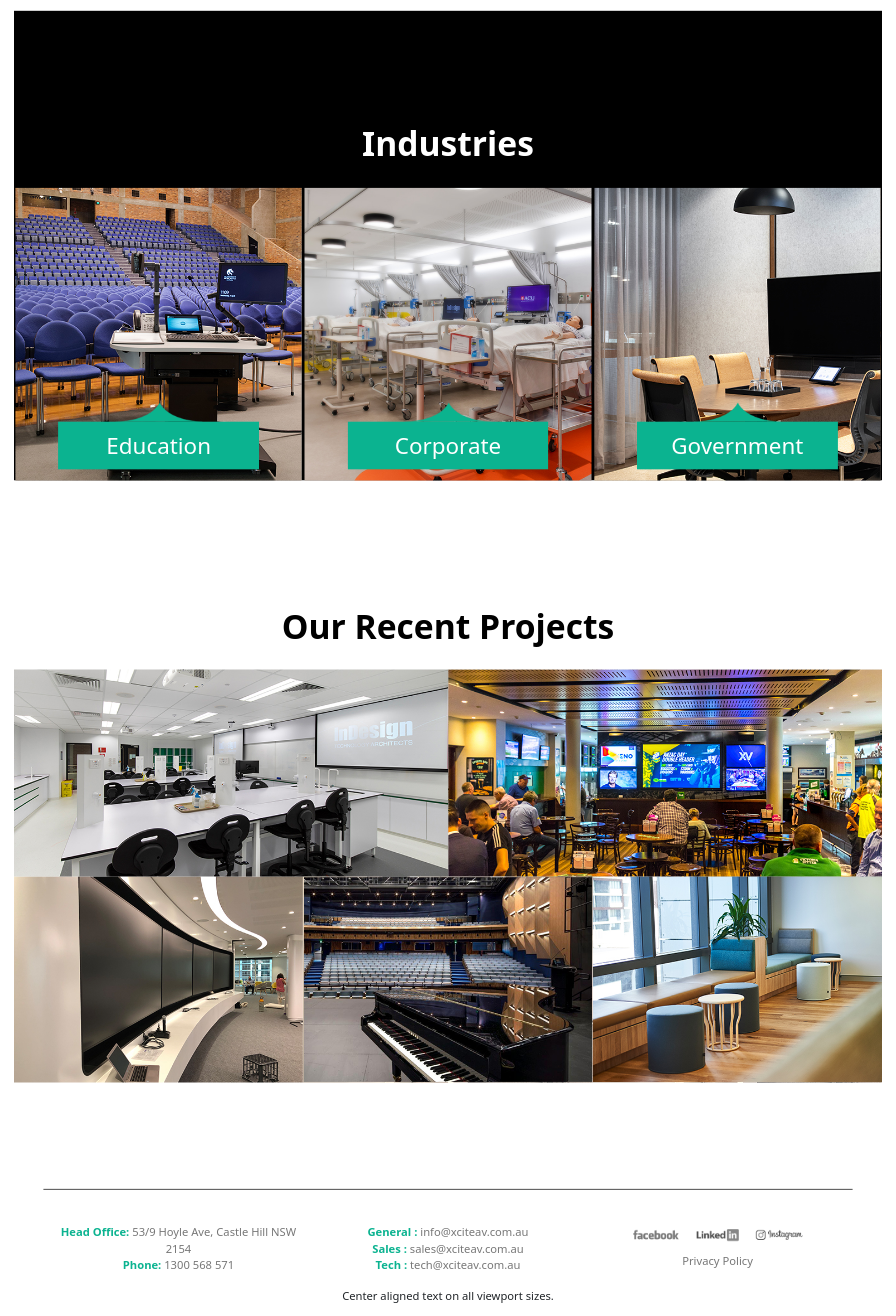
Repository: Imprasna/designplus
Page: index.html
An editor plug-in stored every save of this project. The page is shown before and after the next save, followed by the edit.
The browser window is 1280 px wide. The pictures show the part of the page from y = 1298 to 3218 px (the page is 3178 px tall before and 3218 px after), at 70% of full size.

Above is the page before, as saved 2022-03-16 23:36:42.

### index.html
<!DOCTYPE html>
<html lang="en">

<head>
  <meta charset="UTF-8">
  <meta http-equiv="X-UA-Compatible" content="IE=edge">
  <meta name="viewport" content="width=device-width, initial-scale=1.0">
  <link href="https://cdn.jsdelivr.net/npm/bootstrap@5.1.3/dist/css/bootstrap.min.css" rel="stylesheet"
    crossorigin="anonymous">
  <script src="https://cdn.jsdelivr.net/npm/bootstrap@5.1.3/dist/js/bootstrap.bundle.min.js" crossorigin="anonymous">
  </script>
  <link rel="stylesheet" href="style.css">
  <title>DesignPlus</title>
</head>

<body>

  <header>
    <div class="container-fluid">
      <nav class="navbar navbar-expand-lg navbar-light bg-light">
        <div class="container-fluid">
          <a class="navbar-brand" href="#"><img src="assets/Images/XCITEAV_logo.svg" alt=""></a>
          <button class="navbar-toggler" type="button" data-bs-toggle="collapse"
            data-bs-target="#navbarSupportedContent" aria-controls="navbarSupportedContent" aria-expanded="false"
            aria-label="Toggle navigation">
            <span class="navbar-toggler-icon"></span>
          </button>
          <div class="collapse navbar-collapse" id="navbarSupportedContent">
            <ul class="navbar-nav ms-auto mb-2 mb-lg-0">
              <li class="nav-item">
                <a class="nav-link active" aria-current="page" href="#">About</a>
              </li>
              <li class="nav-item">
                <a class="nav-link" href="#">Industries</a>
              </li>
              <li class="nav-item">
                <a class="nav-link" href="#">Xcite Care</a>
              </li>
              <li class="nav-item">
                <a class="nav-link" href="#">Projects</a>
              </li>
              <li class="nav-item">
                <a class="nav-link" href="#">Clients</a>
              </li>
              <li class="nav-item">
                <a class="nav-link" href="#">Contact Us</a>
              </li>
              <li class="nav-item tel-phone">
                <a href="tel:1300568571" class="nav-link">T: 1300 568 571</a>
              </li>
            </ul>
            <!-- <form class="d-flex">
                      <input class="form-control me-2" type="search" placeholder="Search" aria-label="Search">
                      <button class="btn btn-outline-success" type="submit">Search</button>
                    </form> -->
          </div>
        </div>
      </nav>
    </div>
  </header>

  <main>
    <section>
      <div class="container-fluid hero_sec">
        <img src="assets/Images/hero-banner.jpg" alt="">
        <p class="hero_texts">
          <span>Focused on</span> Providing reliable, robust solutions
        </p>
      </div>
    </section>

    <section>
      <div class="container-fluid second_sec">
        <div class="container-fluid">
          <div class="row second_sec-block">
            <div class="col-sm-5 col-md-6">
              <p>
                <span>Xcite Audio Visual</span> is a technology based company focused on providing reliable, robust
                solutions that enhance the user experience for our client's projects.
              </p>
              <p class="description">
                Since 2009, Xcite Audio Visual has been a leading audio visual integration specialist.
              </p>
              <a href="#">Read More</a>
            </div>
            <div class="col-sm-5 col-md-6 second_sec-img">
              <img src="assets/Images/about-ring.png" alt="">
              <p class="fifty">
                <span>50</span>
                years Experience
              </p>
            </div>
          </div>
        </div>
      </div>
    </section>

    <section>
      <div class="container-fluid industries">
        <div class="container-fluid">
          <div class="row industries_block">
            <h1>Industries</h1>
            <div class="col-md-4 g-1 align-items-end">
              <div class="card" style="width: 100%;">
                <img src="assets/Images/service_education.jpg" class="card-img-top" alt="...">
                <a href="#" class="btn btn-primary">Education</a>
                <!-- <div class="card-body">
                </div> -->
              </div>
            </div>
            <div class="col-md-4 g-1 align-items-end">
              <div class="card" style="width: 100%;">
                <img src="assets/Images/service_government.jpg" class="card-img-top" alt="...">
                <a href="#" class="btn btn-primary">Corporate</a>
                <!-- <div class="card-body">
                </div> -->
              </div>
            </div>
            <div class="col-md-4 g-1 align-items-end">
              <div class="card" style="width: 100%;">
                <img src="assets/Images/service_corporate.jpg" class="card-img-top" alt="...">
                <a href="#" class="btn btn-primary">Government</a>
                <!-- <div class="card-body">
                </div> -->
              </div>
            </div>
          </div>
        </div>
      </div>
    </section>

    <section>
      <div class="container-fluid third_sec">
        <div class="container-fluid">
          <div class="row third_sec-block">
            <h1>Our Recent Projects</h1>
            <div class="col-md-6 gx-0">
              <img src="assets/Images/recent_project_01.jpg" alt="">
            </div>
            <div class="col-md-6 gx-0">
              <img src="assets/Images/recent_project_02.jpg" alt="">
            </div>
          </div>
          <div class="row third_sec-block-2">
            <div class="col-md-4 gx-0">
              <img src="assets/Images/recent_project_03.jpg" alt="">
            </div>
            <div class="col-md-4 gx-0">
              <img src="assets/Images/recent_project_04.jpg" alt="">
            </div>
            <div class="col-md-4 gx-0">
              <img src="assets/Images/recent_project_05.jpg" alt="">
            </div>
          </div>
        </div>
      </div>
    </section>

  </main>

  <footer>
    <div class="container-fluid footer_sec">
      <div class="container-fluid">
        <div class="row align-items-center footer_sec-block">
          <div class="line"></div>
            <div class="col-md-4 text-center top_sec">
              <p>Head Office: <a href="#">53/9 Hoyle Ave, Castle Hill NSW 2154</a></p>
              <p>Phone: <a href="tel:1300 568 571">1300 568 571</a></p>
            </div>
            <div class="col-md-4 text-center">
              <p>General :<a href="#"> info@xciteav.com.au</a> </p>
              <p>Sales :<a href="#"> sales@xciteav.com.au</a> </p>
              <p>Tech :<a href="#"> tech@xciteav.com.au</a> </p>
            </div>
            <div class="col-md-4 text-center social_icons">
              <div>
                <img src="assets/Images/social-facebook-icon.png" alt="">
                <img src="assets/Images/social-linkedin-icon.png" alt="">
                <img src="assets/Images/social-instagram-icon.png" alt="">
              </div>
              <a href="#">Privacy Policy</a>
            </div>
        </div>
      </div>
    </div>
    <div class="container-fluid copyright">
      <div class="row">
        <p class="text-center">Center aligned text on all viewport sizes.</p>
      </div>
    </div>
  </footer>



</body>

</html>

### style.css
* {
    margin: 0;
    padding: 0;
    box-sizing: border-box;
}

html {
    scroll-behavior: smooth;
}


.hero_sec > img {
    width: 100%;
}

.container-fluid.hero_sec {
    padding: 0;
    position: relative;
}

p.hero_texts {
    position: absolute;
    top: 40%;
    left: 5%;
    font-size: 3.2rem;
    line-height: 1.3;
    font-weight: 700;
    color: #fff;
    max-width: 35%;
    width: 28%;
    z-index: 2;
}

p.hero_texts > span {
    position: relative;
    z-index: 2;
}

p.hero_texts > span::after {
    content: '';
    position: absolute;
    bottom: 7px;
    left: 0;
    width: 100%;
    height: 10px;
    background: #0BB390;
    z-index: -1;
}

.container-fluid.second_sec {
    padding: 20px;
    background: #fff;
}

.container-fluid.second_sec > .container-fluid {
    background: #f1f1f1;
}

.row.second_sec-block {
    display: flex;
    align-items: center;
    width: 95%;
    margin: 0 auto;
    padding: 4rem 0;
}

.row.second_sec-block > .col-sm-5.col-md-6 > p {
    font-size: 2.5rem;
    line-height: 1.3;
    font-weight: 600;
}

.row.second_sec-block > .col-sm-5.col-md-6 > p span {
    color: #0BB390;
}

.col-sm-5.col-md-6.second_sec-img {
    display: flex;
    justify-content: end;
    position: relative;
}

.row.second_sec-block > .col-sm-5.col-md-6 > p.description {
    font-size: 1.5rem;
    font-weight: 400;
}

.col-sm-5.col-md-6 > a {
    text-decoration: none;
    font-size: 1.1rem;
    font-weight: 700;
    color: #000;
    position: relative;
}

.col-sm-5.col-md-6 > a::after {
    content: '';
    position: absolute;
    height: 1px;
    width: 50px;
    background: #000;
    top: 13px;
    left: 110%;
}

.col-sm-5.col-md-6 > a::before {
    content: '';
    position: absolute;
    height: 13px;
    width: 13px;
    background: #99CF16;
    border-radius: 50%;
    left: 120%;
    top: 7px;
    z-index: 1;
}

.col-sm-5.col-md-6.second_sec-img > img {
    width: 60%;
    height: 100%;
}

.col-sm-5.col-md-6.second_sec-img > p.fifty {
    position: absolute;
    top: 6rem;
    left: 70%;
    display: flex;
    flex-direction: column;
    align-items: center;
    text-transform: uppercase;
    width: 1%;
    text-align: center;
}

.col-sm-5.col-md-6.second_sec-img > p.fifty span {
    font-size: 3em;
    font-weight: 700;
    color: #000;
}


.container-fluid.industries {
    background: #fff;
    padding: 20px 20px 0;
}

.container-fluid.industries > .container-fluid {
    background: #000;
}

.row.industries_block {
    padding-top: 10rem;
}

.row.industries_block > h1 {
    font-size: 3rem;
    font-weight: 700;
    color: #fff;
    text-align: center;
    margin-bottom: 2rem;
}

.card {
    border-radius: 0;
    position: relative;
    border: none;
}

.card > img {
    border-radius: 0;
}

a.btn.btn-primary {
    width: 70%;
    margin: 0 auto;
    padding: 10px 2px;
    position: absolute;
    bottom: 1rem;
    left: 15%;
    border-radius: 0;
    background: #0BB390;
    outline: none;
    border: none;
    font-size: 2rem;
    font-weight: 500;
}

a.btn.btn-primary::before {
    content: url(./assets/Images/service-shape.png);
    position: absolute;
    bottom: 3.5rem;
    left: 0;
    width: 100%;
}

.container-fluid.third_sec {
    padding: 20px;
    background: #fff;
}

.row.third_sec-block > .col-md-6.gx-0 > img {
    width: 100%;
}

.row.third_sec-block-2 > .col-md-4.gx-0 > img {
    width: 100%;
    height: auto;
}

.row.third_sec-block {
    padding-top: 10rem;
}

.row.third_sec-block > h1 {
    font-size: 3rem;
    font-weight: 700;
    color: #000;
    text-align: center;
    margin-bottom: 2rem;
}

.container-fluid.footer_sec {
    padding: 20px;
    background: #fff;
}

.row.align-items-center.footer_sec-block {
    padding-top: 7rem;
    width: 95%;
    margin: 0 auto;
}

.line {
    width: 100%;
    /* margin: 0 auto; */
    height: 1px;
    background: #000;
    margin-bottom: 3rem;
}

.col-md-4.text-center > p {
    color: #0BB390;
    font-weight: 600;
    margin-bottom: 0;
}

.col-md-4.text-center > p > a {
    font-weight: 400;
    color: #777;
    text-decoration: none;
}

.col-md-4.text-center.social_icons > div {
    display: flex;
    justify-content: center;
    gap: 1rem;
}

.col-md-4.text-center.social_icons > div > img {
    width: 20%;
    filter: grayscale(1);
    opacity: .7;
    margin-bottom: 15px;
}

.col-md-4.text-center.social_icons > a {
    text-decoration: none;
    font-size: 1rem;
    color: #777;
}

After the next save:
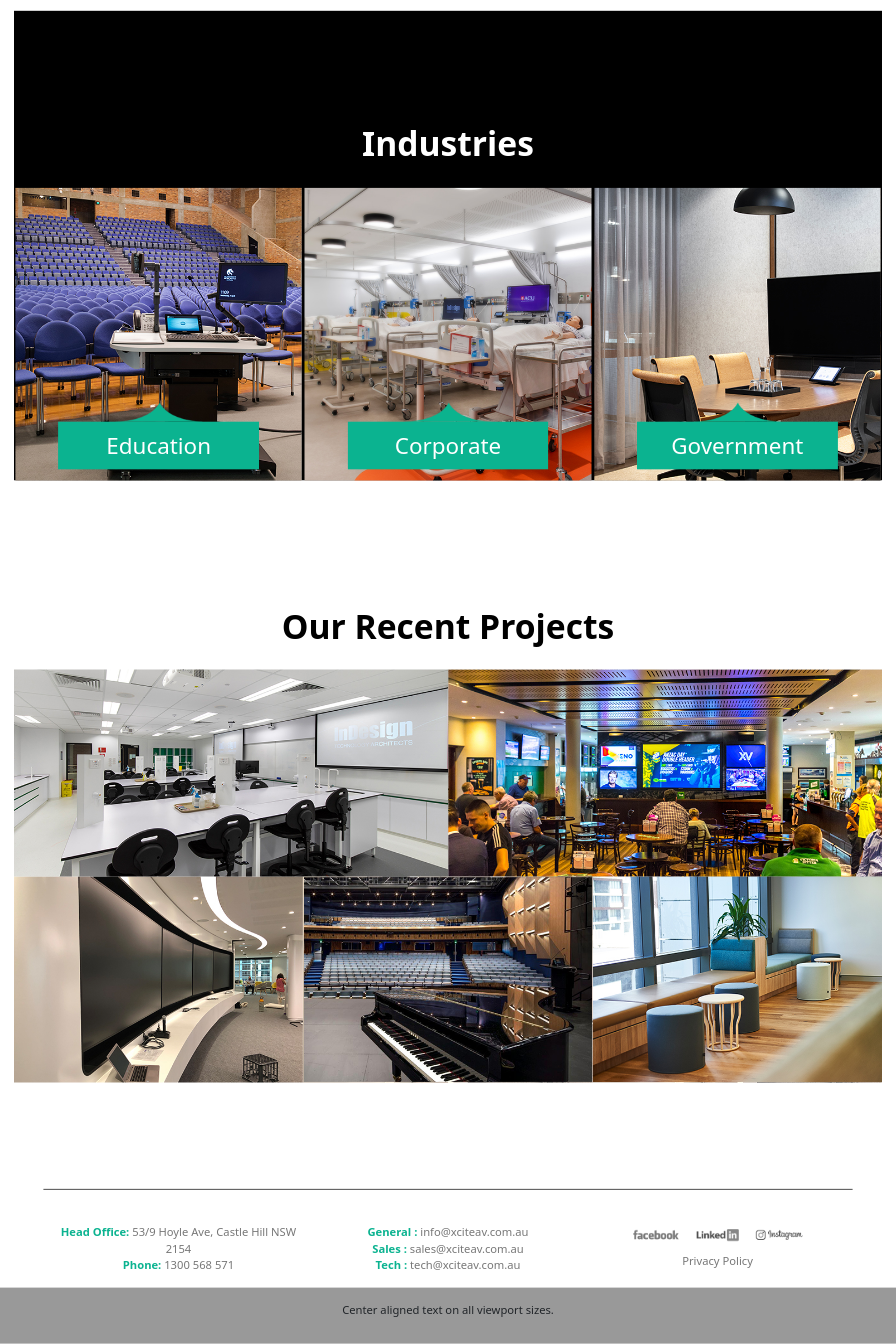
Saved 50 s later.
--- a/style.css
+++ b/style.css
@@ -268,3 +268,9 @@
     font-size: 1rem;
     color: #777;
 }
+
+.container-fluid.copyright {
+    padding: 20px;
+    background: #999;
+    margin: 0;
+}
